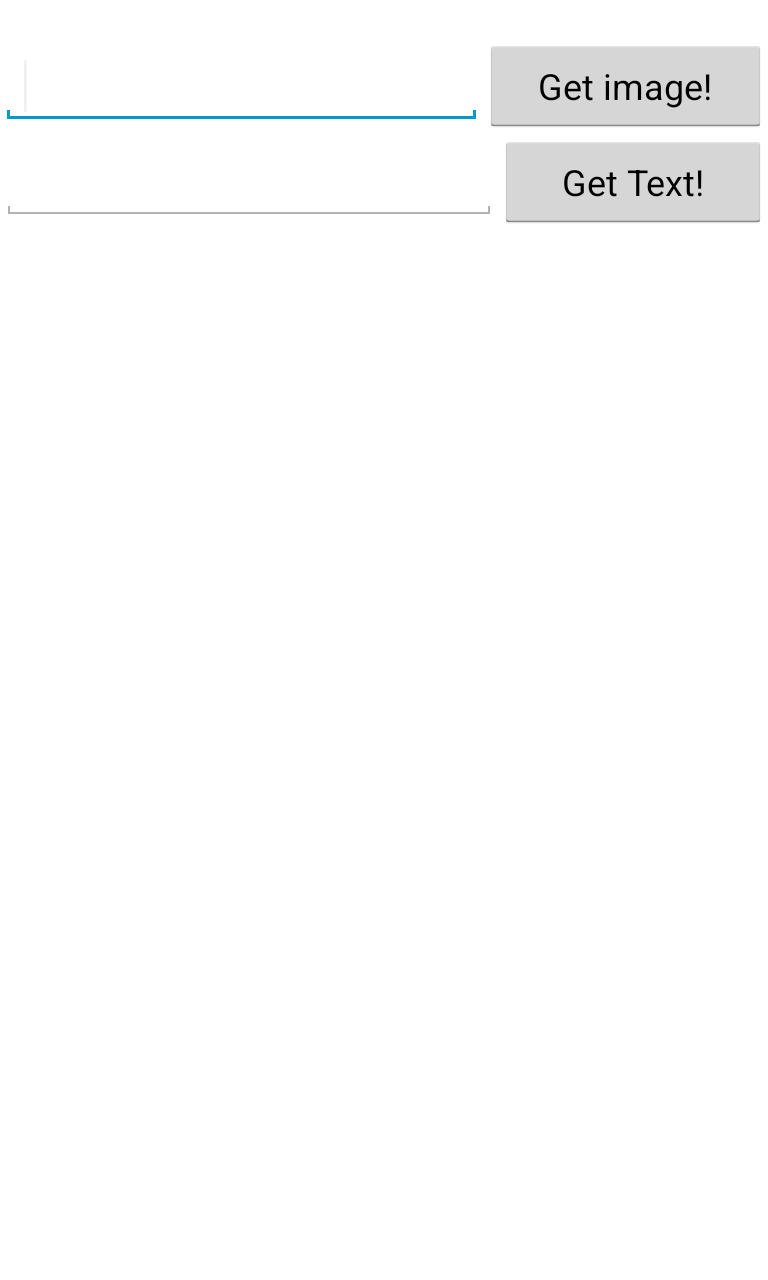
Repository: maya-alba/BasicInterface
Layout: URLConnection/res/layout/activity_main.xml
The author's editor kept a copy of each file at every save. The layout is drawn from the files as they stood at one save, then again after the next save.
It is drawn on a 768 x 1280 px phone screen (xhdpi) without system bars, with theme AppTheme; the app's code is not run.

Above is the layout before, as saved 2014-04-11 23:28:57.

After the next save:
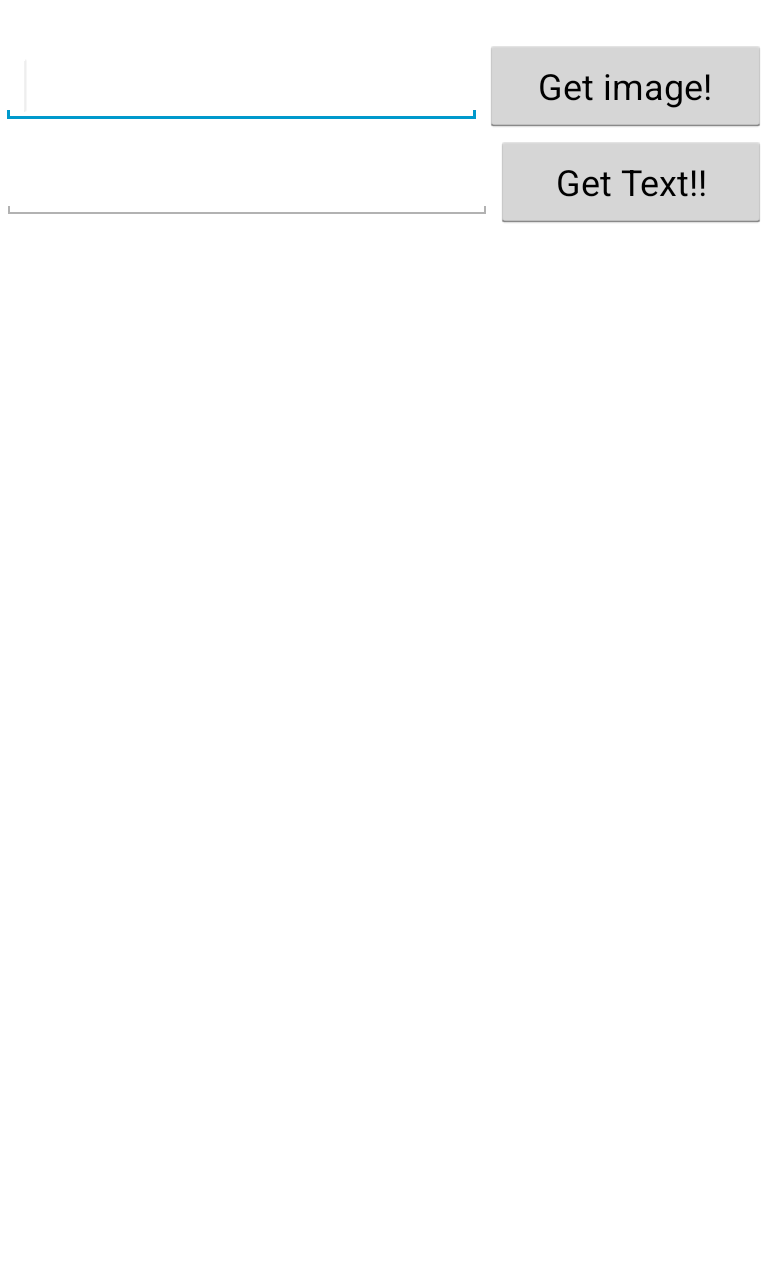
Saved 8 min 20 s later.
--- a/URLConnection/res/layout/activity_main.xml
+++ b/URLConnection/res/layout/activity_main.xml
@@ -56,7 +56,7 @@
 		    android:layout_width="wrap_content"
 		    android:layout_height="wrap_content"
 		    android:layout_weight="1"
-		    android:text="Get Text!" />
+		    android:text="Get Text!!" />
 
 	</LinearLayout>
 
